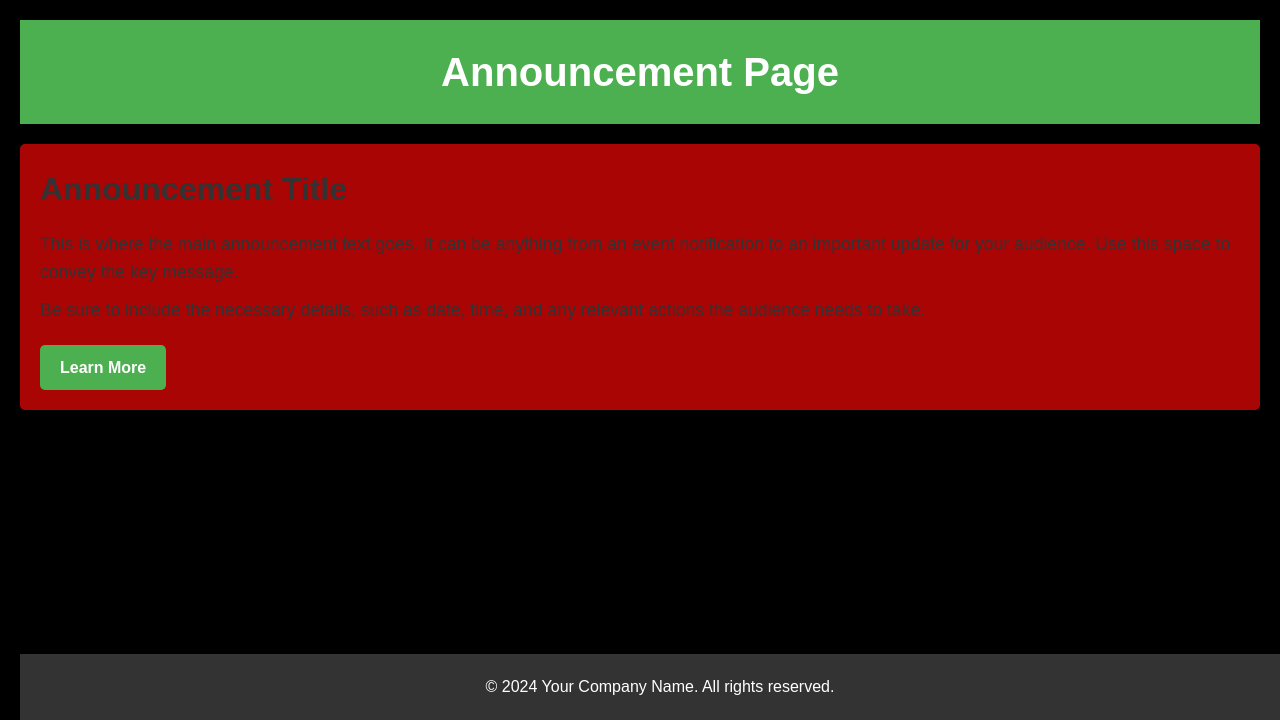
Repository: TejasS1233/MINITHON-hackathon-project
Page: annoucementpage.html
These files come from the project's save history. The page is drawn as it stood at one moment and after the next save; the edit follows.
The browser window is 1280 px wide. The pictures show the whole page.

Above is the page before, as saved 2024-09-20 08:43:16.

### annoucementpage.html
<!DOCTYPE html>
<html lang="en">
<head>
    <meta charset="UTF-8">
    <meta name="viewport" content="width=device-width, initial-scale=1.0">
    <meta http-equiv="X-UA-Compatible" content="ie=edge">
    <title>Announcement Page</title>
    <link rel="stylesheet" href="styles.css">
</head>
<body>
    <header>
        <h1>Announcement Page</h1>
    </header>

    <section class="announcement">
        <h2>Announcement Title</h2>
        <p>
            This is where the main announcement text goes. It can be anything from an event notification to
            an important update for your audience. Use this space to convey the key message.
        </p>
        <p>
            Be sure to include the necessary details, such as date, time, and any relevant actions the
            audience needs to take.
        </p>
        <a href="#" class="cta-button">Learn More</a>
    </section>

    <footer>
        <p>&copy; 2024 Your Company Name. All rights reserved.</p>
    </footer>
</body>
</html>

### styles.css
* {
    margin: 0;
    padding: 0;
    box-sizing: border-box;
}

body {
    font-family: 'Arial', sans-serif;
    background-color: black;
    color: #333;
    line-height: 1.6;
    padding: 20px;
}

/* Header Styling */
header {
    background-color: #4CAF50;
    color: white;
    padding: 20px 0;
    text-align: center;
    margin-bottom: 20px;
}

header h1 {
    font-size: 2.5em;
}


.announcement {
    background-color: rgb(169, 5, 5);
    padding: 20px;
    border-radius: 5px;
    box-shadow: 0 2px 10px rgba(0, 0, 0, 0.1);
    margin-bottom: 20px;
}

.announcement h2 {
    font-size: 2em;
    margin-bottom: 15px;
}

.announcement p {
    margin-bottom: 10px;
    font-size: 1.1em;
}

.cta-button {
    display: inline-block;
    background-color: #4CAF50;
    color: white;
    padding: 10px 20px;
    text-decoration: none;
    border-radius: 5px;
    margin-top: 10px;
    font-weight: bold;
}

.cta-button:hover {
    background-color: #45a049;
}

/* Footer Styling */
footer {
    text-align: center;
    padding: 20px 0;
    background-color: #333;
    color: white;
    position: fixed;
    width: 100%;
    bottom: 0;
}

After the next save:
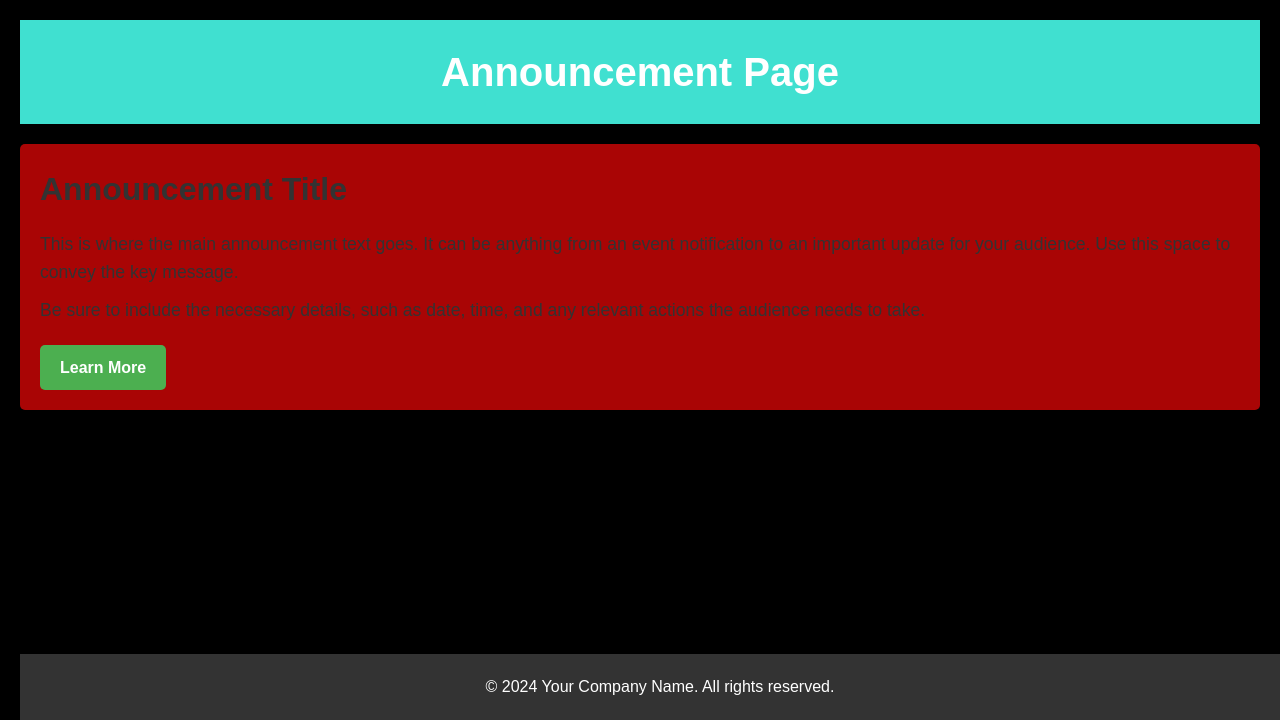
Saved 19 s later.
--- a/styles.css
+++ b/styles.css
@@ -14,7 +14,7 @@ body {
 
 /* Header Styling */
 header {
-    background-color: #4CAF50;
+    background-color: turquoise;
     color: white;
     padding: 20px 0;
     text-align: center;
